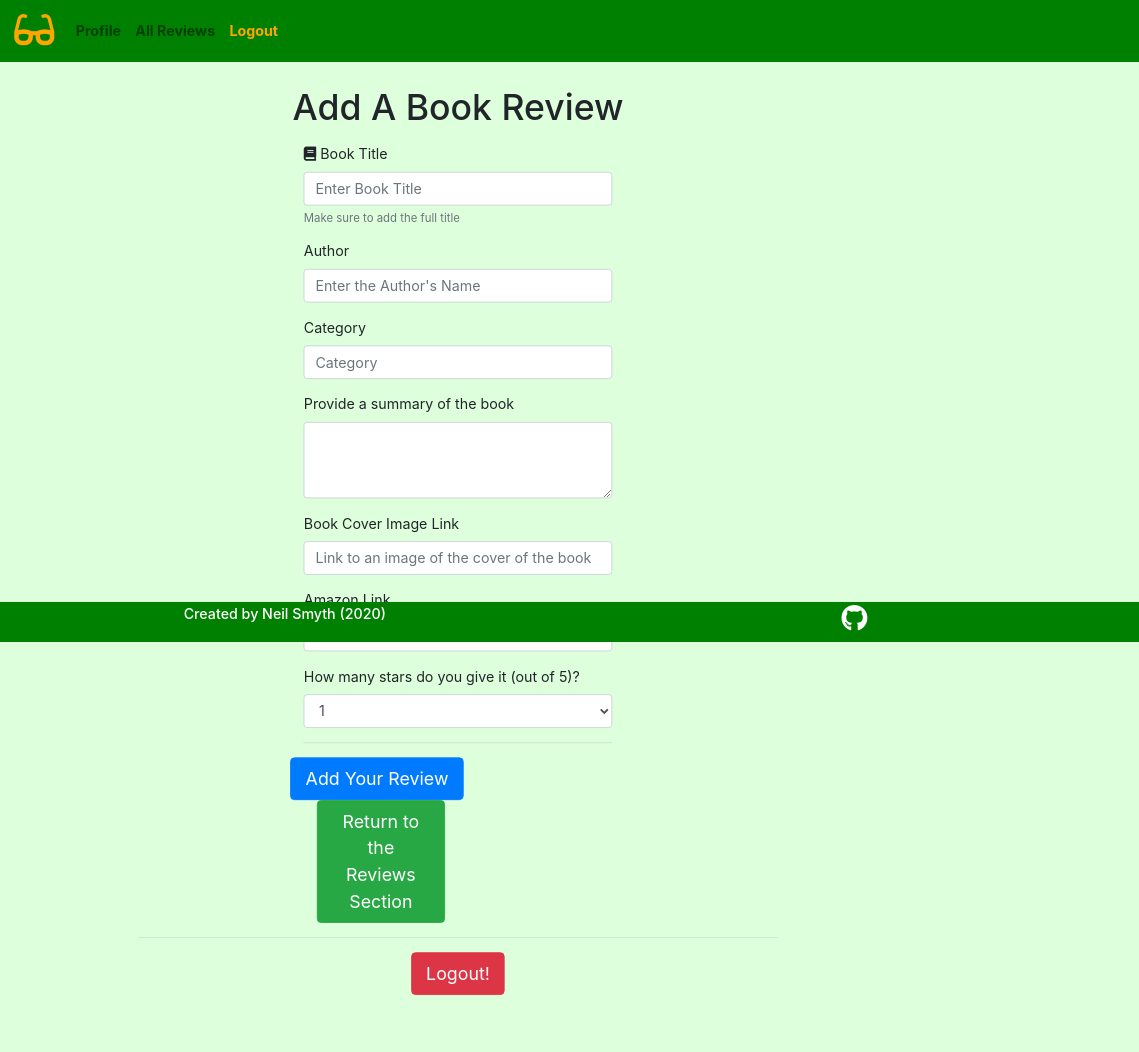
Repository: NeiloErnesto89/Data_Centric_Dev_Milestone_Project3
Page: templates/add_review.html
The author's editor kept a record of every edit. The page is drawn from the files as they stood at one moment, then again after the next edit.
The browser window is 1280 px wide. The pictures show the whole page, at 89% of full size.
Some web libraries are served in a nearby version. The template is drawn by Flask 3. The application's start-up code is not run. Other server files are loaded and not shown. The template is opened directly, without the code that normally fills it, so the values that code supplies are empty.

Above is the page before.

### templates/add_review.html
{% extends 'base.html' %}

    <!--NavBar with Burger Icon-->
        {% block navbar %}
        <header class="nav-container">
            <nav class="navbar navbar-expand-lg navbar-light mb-1 text-center fixed-top">
                <a class="navbar-brand" data-target="#modalPopUp" data-toggle="modal"><i class="fas fa-glasses" style="font-size:40px;color:orange;"></i></a>
                <button class="navbar-toggler" type="button" data-toggle="collapse" data-target="#navbarTogglerDemo02" aria-controls="navbarTogglerDemo02" aria-expanded="false" aria-label="Toggle navigation">
                                <span class="navbar-toggler-icon"></span>
                              </button>
                <div class="collapse navbar-collapse" id="navbarTogglerDemo02">
                    <ul class="navbar-nav mr-auto mt-0 mt-lg-0">

                        {% if user.username == None %}
                        <li class="nav-item">
                            <a class="nav-link" href="{{ url_for('index') }}"><b>Home</b></a>
                        </li>
                        <li class="nav-item">
                            <a class="nav-link" href="{{ url_for('signup') }}"><b>Sign Up</b></a>
                        </li>
                        <li class="nav-item">
                            <a class="nav-link" href="{{ url_for('login') }}"><b>Login</b></a>
                        </li>

                        {% else %}

                        <li class="nav-item">
                            <a class="nav-link" href="{{ url_for('bio') }}"><b>Profile</b></a>
                        </li>
                        <li class="nav-item">
                            <a class="nav-link" href="{{ url_for('all_reviews') }}"><b>All Reviews</b></a>
                        </li>
                        <div>
                        <li class="nav-item">
                            <a class="nav-link" style="color:orange;" href="{{ url_for('logout') }}"><b>Logout</b></a>
                        </li>
                        </div>
                        {% endif %}


                    </ul>
                </div>
            </nav>
        </header>
        {% endblock navbar %}


{% block content %}
    <div class="container-fluid">
        <div class="row justify-content-center">

            <div class="col-md-12 text-center">
                <h1 class="add_header mt-3 mb-3">Add A Book Review</h1>
            </div>

            <form action="/add_review" method="POST">

                <div class="form-group">
                    <i class="fas fa-book"></i>
                    <label for="inputBookTitle">Book Title</label>
                    <input id="book_title" name="book_title" type="text" class="form-control" aria-describedby="bookTitle" placeholder="Enter Book Title">
                    <small id="emailHelp" class="form-text text-muted">Make sure to add the full title </small>
                </div>

                <div class="form-group">
                    <label for="inputAuthor">Author</label>
                    <input id="book_author" name="book_author" type="text" class="form-control" aria-describedby="bookTitle" placeholder="Enter the Author's Name">
                </div>

                <div class="form-group">
                    <label for="InputCategory">Category</label>
                    <input id="category_name" name="category_name" type="text" class="form-control" placeholder="Category">
                </div>

                <div class="form-group">
                    <label for="Textarea">Provide a summary of the book</label>
                    <textarea id="summary" name="summary" class="form-control" rows="3"></textarea>
                </div>

                <div class="form-group">
                    <label for="pic">Book Cover Image Link</label>
                    <input id="pic" name="pic" type="text" class="form-control" placeholder="Link to an image of the cover of the book">
                </div>

                <div class="form-group">
                    <label for="amazon">Amazon Link</label>
                    <input id="amazon" name="amazon" type="text" class="form-control" placeholder="Link to book on amazon">
                </div>

                <div class="form-group">
                    <label for="exampleFormControlSelect2">How many stars do you give it (out of 5)?</label>
                    <select class="form-control" id="stars" name="stars">
                      <option>1</option>
                      <option>2</option>
                      <option>3</option>
                      <option>4</option>
                      <option>5</option>
                    </select>
                </div>

                <hr>
            <div class="row">
                <div class="col-sm-6"></div>
                    <div class="text-center">
                        <button type="submit" class="btn btn-primary btn-lg">Add Your Review</button>
                    </div>
                </div>
                <div class="col-sm-6">
                    <div class="text-center">
                        <a class="btn btn-success btn-lg" href="{{ url_for('all_reviews') }}" role="button">Return to the Reviews Section </a>
                    </div>
                </div>
            </div>
                <hr>
                <div class="text-center">
                    <a class="btn btn-danger btn-lg mb-3" href="{{ url_for('logout') }}" role="button">Logout! </a>
                </div>

            </form>

        </div>
    </div>
    {% endblock %}

### templates/base.html
<!DOCTYPE html>
<html lang="en">

<head>
    <meta charset="UTF-8">
    <meta name="viewport" content="width=device-width, initial-scale=1.0">
    <meta http-equiv="X-UA-Compatible" content="ie=edge">

    <title>Book Reviews</title>

    <!-- Bootstrap -->
    <link rel="stylesheet" href="https://stackpath.bootstrapcdn.com/bootstrap/4.3.1/css/bootstrap.min.css" integrity="sha384-ggOyR0iXCbMQv3Xipma34MD+dH/1fQ784/j6cY/iJTQUOhcWr7x9JvoRxT2MZw1T" crossorigin="anonymous">

    <!-- Google Font-->

    <link href="https://fonts.googleapis.com/css?family=Montserrat:400,700" rel="stylesheet">

    <!-- Font Awesome-->

    <link rel="stylesheet" href="https://use.fontawesome.com/releases/v5.7.2/css/all.css" integrity="sha384-fnmOCqbTlWIlj8LyTjo7mOUStjsKC4pOpQbqyi7RrhN7udi9RwhKkMHpvLbHG9Sr" crossorigin="anonymous">

    <link rel="stylesheet" href="https://cdnjs.cloudflare.com/ajax/libs/font-awesome/4.7.0/css/font-awesome.min.css">

    <!-- CSS -->

    <link rel="stylesheet" href="{{url_for('static', filename='css/style.css')}}" type="text/css" />


</head>

<body>

<div class="cover-container d-flex mx-auto flex-column">

            <!--NavBar with Burger Icon-->
        {% block navbar %}
        <header class="nav-container">
            <nav class="navbar navbar-expand-lg navbar-light mb-1 text-center fixed-top">
                <a class="navbar-brand" href="{{ url_for('index') }}" data-target="#modalPopUp" data-toggle="modal"><i class="fas fa-glasses" style="font-size:40px;color:orange;"></i></a>
                <button class="navbar-toggler" type="button" data-toggle="collapse" data-target="#navbarTogglerDemo02" aria-controls="navbarTogglerDemo02" aria-expanded="false" aria-label="Toggle navigation">
                                <span class="navbar-toggler-icon"></span>
                              </button>
                <div class="collapse navbar-collapse" id="navbarTogglerDemo02">
                    <ul class="navbar-nav mr-auto mt-0 mt-lg-0">


                        <li class="nav-item">
                            <a class="nav-link" href="{{ url_for('index') }}"><b>Home</b></a>
                        </li>
                        <li class="nav-item">
                            <a class="nav-link" href="{{ url_for('signup') }}"><b>Sign Up</b></a>
                        </li>
                        <li class="nav-item">
                            <a class="nav-link" href="{{ url_for('login') }}"><b>Login</b></a>
                        </li>

                    </ul>
                </div>
            </nav>
        </header>
        {% endblock navbar %}

        <div class="container-fluid">
				<div class="row justify-content-around">
					<div id="messages">
						{% with messages = get_flashed_messages() %}
						{% if messages %}
						{% for message in messages %}
						<p class="text-center">{{ message }}</p>
						{% endfor %}
						{% endif %}
						{% endwith %}
					</div>
				</div>
			</div>

        <hr>

    <div class="container mt-5 mb-5">
            {% block content %}
            {% endblock %}
    </div>

    <hr>

        <!--FOOTER -->

        <div class="footer container-fluid">
            <div class="row justify-content-center">
                <div class="text-center col-xs-12 col-sm-6 mt-1 mb-2">

                    <h6>Created by Neil Smyth (2020)</h6>

                </div>
                <div class="text-center col-xs-12 col-sm-6 mt-1 mb-2">

                    <a href="https://github.com/NeiloErnesto89" target="_blank "><i class="fab fa-github" style="font-size:30px; color:white; "></i></a>

                </div>
            </div>
        </div> <!-- footer container-->

</div>    <!--Cover Container -->

    <!-- JQuery -->
    <script src="https://cdnjs.cloudflare.com/ajax/libs/jquery/3.2.1/jquery.min.js"></script>

    <!-- Bootstrap JS-->

    <script src="https://code.jquery.com/jquery-3.3.1.slim.min.js" integrity="sha384-q8i/X+965DzO0rT7abK41JStQIAqVgRVzpbzo5smXKp4YfRvH+8abtTE1Pi6jizo" crossorigin="anonymous"></script>
    <script src="https://cdnjs.cloudflare.com/ajax/libs/popper.js/1.14.7/umd/popper.min.js" integrity="sha384-UO2eT0CpHqdSJQ6hJty5KVphtPhzWj9WO1clHTMGa3JDZwrnQq4sF86dIHNDz0W1" crossorigin="anonymous"></script>
    <script src="https://stackpath.bootstrapcdn.com/bootstrap/4.3.1/js/bootstrap.min.js" integrity="sha384-JjSmVgyd0p3pXB1rRibZUAYoIIy6OrQ6VrjIEaFf/nJGzIxFDsf4x0xIM+B07jRM" crossorigin="anonymous"></script>

    <!-- JS File -->

    <script src="{{url_for('static', filename='js/script.js')}}"></script>


    <!--  <script type="text/javascript">
        $(document).ready(function() {
            $('.collapsible').collapsible();
        });
    </script>  -->
</body>

</html>

### static/css/style.css
body {
  background-color: #DEFFDC;
  display: flex;
  /* margin: 0; */
}

.cover-container1 {

  background: url("../images/libs.jpg") no-repeat center center fixed;


}

/*.cover-container {
  min-height: 100vh;
  padding-top: 70px;
  background-size: cover;
  align-items: center;
  justify-content: center;
  position: relative;
  overflow-x: hidden;
*/

/*.nav-container {
    position: fixed;
    width: 100%;
    z-index: 1;
    top: 0;
    left: 0;
    padding-left: 0;
    padding-right: 0;
    margin-left: 0;
    margin-right: 0;
  } */

.navbar {
  background-color: green;
}

.jumbotron {
  background-color: #ffa31a;
  margin-right: 3rem;
  margin-left: 3rem;
}

/* Paginate Button on All Reviews.html (taken from w3 schools*/

.paginate {
  display: inline-block;
}

.paginate a {
  color: black;
  float: left;
  padding: 8px 16px;
  text-decoration: none;
  margin: 15px;
}

.paginate a.active {
  background-color: #4CAF50;
  color: white;
  border-radius: 5px;
}

.paginate a:hover:not(.active) {
  background-color: #ddd;
  border-radius: 5px;
}

/* all_reviews.html - book review cards*/

.card {
  margin: 5px;
  box-shadow: 0 4px 8px 0 rgba(0, 0, 0, 0.2)
  /*border: 8px solid rgb(5, 187, 5);
  border-radius: 3rem; */
}

/* Card Image */

.book_image {
  background-color: white;
  box-shadow: 0 4px 8px 0 rgba(0, 0, 0, 0.2), 0 6px 20px 0 rgba(0, 0, 0, 0.19);
}

/*
  .card-img-top {
    width: 100%;
    height: 15vw;
    object-fit: cover;
}
  */

/* MODAL */

.modal {
  color: black;
  background-color: rgb(204, 255, 204, 0.8);
}

.modal-header {

  background-color: rgb(204, 255, 204);
  opacity: 0.8;

}

.modal-title {
  font-size: 34px;
  font-weight: bold;
  text-align: center;
  /*margin-left: 45px; */
  padding: 5px;
  /*text-decoration: underline;*/
}


.modal-body {
  font-size: 15px;
  font-weight: bold;
  color: white;
  background-color: rgb(0, 153, 51);
  opacity: 0.8;
  text-align: center;
}

.modal-footer {
  background-color: rgb(204, 255, 204);
  opacity: 0.8;
}

.modal-header .close {
  margin: -10px;
}

/*

#logout_button {
  color: #3d7a59;
  font-weight: 700;
  font-size: 17px;
  margin: 5px;
  padding: 5px;
  position: fixed;
  bottom: 7px;
  right: 2px;
  z-index: 1;
  opacity: 0.9;
} */

.footer {
  position: fixed;
  left: 0;
  bottom: 0;
  width: 100%;
  background-color: green;
  color: white;
  text-align: center;
}

### static/js/script.js
/*$(document).ready(function() {

    $('#popUpModal').modal('show');
}); */

$(function () {
  $('[data-toggle="tooltip"]').tooltip()
})

After the next edit:
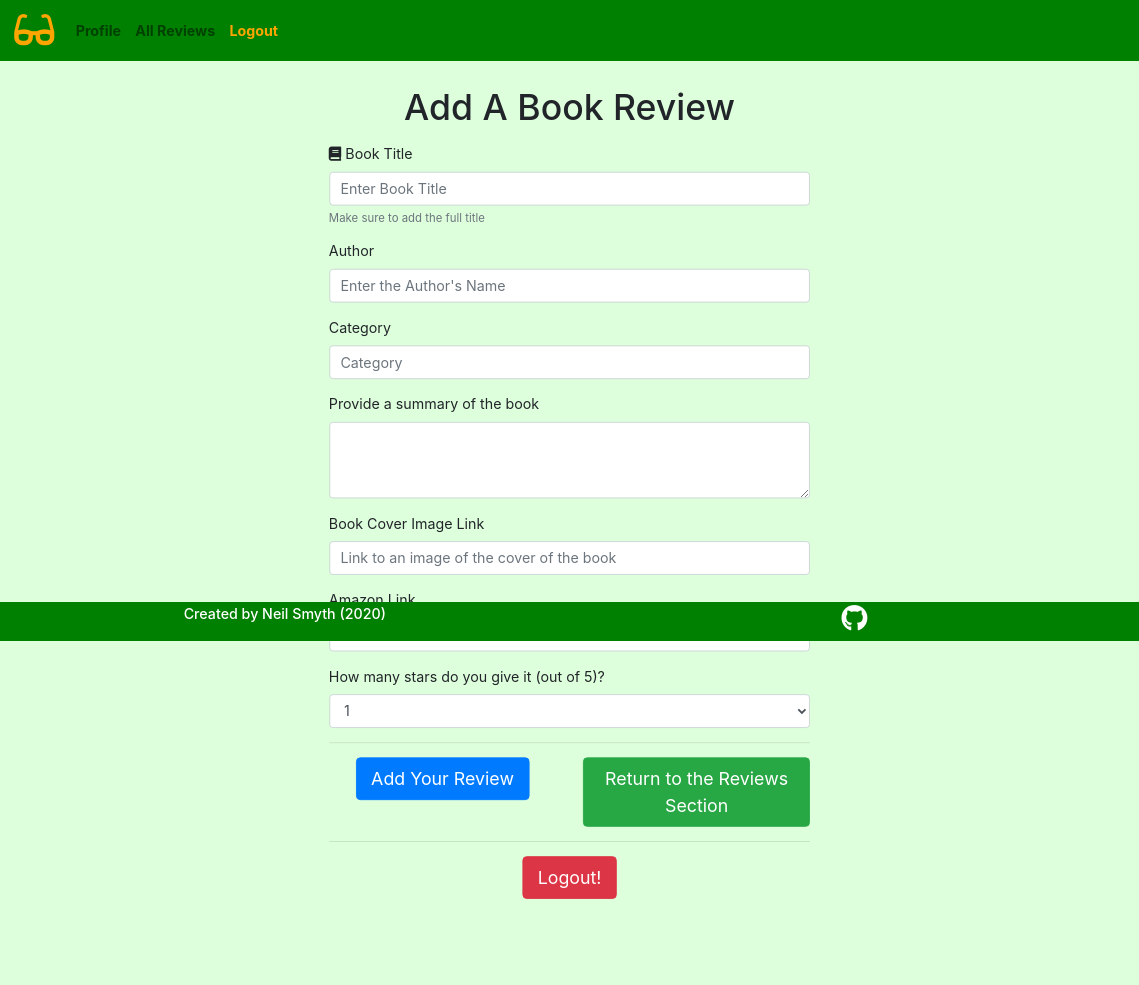
The edit:
--- a/templates/add_review.html
+++ b/templates/add_review.html
@@ -100,7 +100,7 @@
 
                 <hr>
             <div class="row">
-                <div class="col-sm-6"></div>
+                <div class="col-sm-6">
                     <div class="text-center">
                         <button type="submit" class="btn btn-primary btn-lg">Add Your Review</button>
                     </div>
